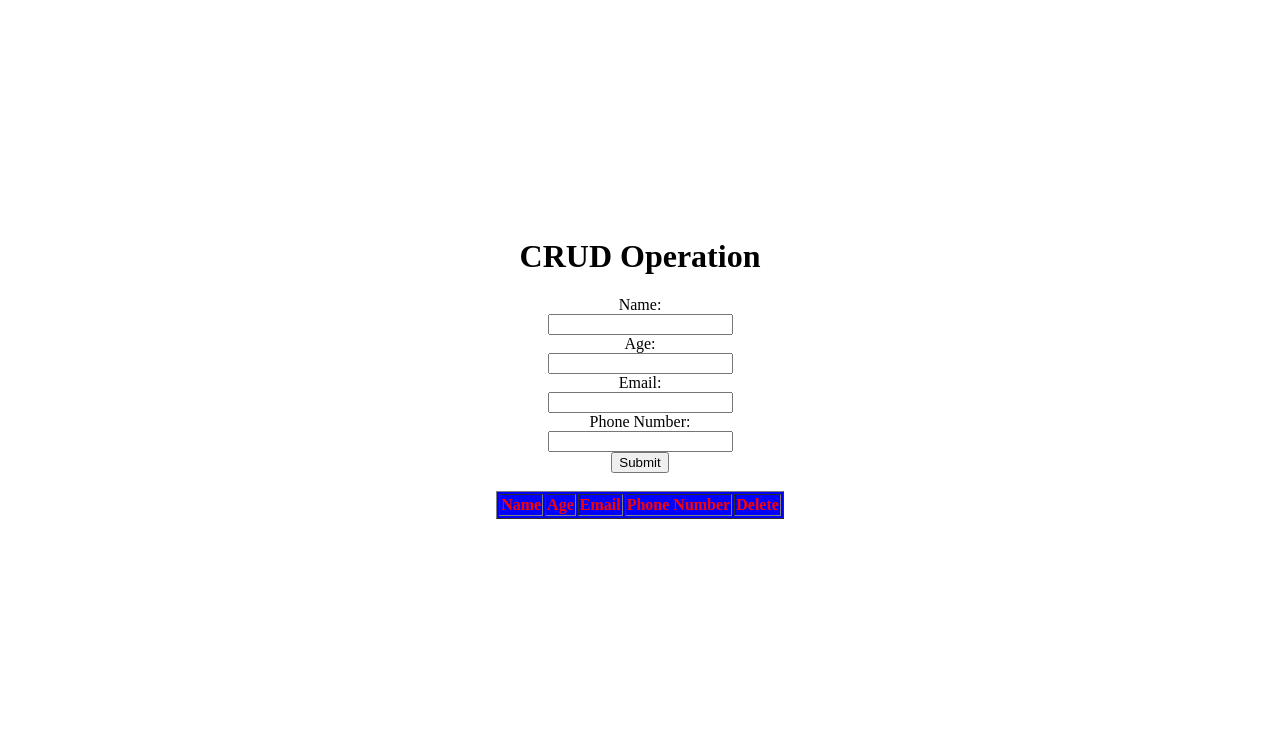
Repository: Josephkennedy603/CRUD-Operation
Page: /
These files come from the project's save history. The page is drawn as it stood at one moment and after the next save; the edit follows.
The browser window is 1280 px wide. The pictures show the whole page.
The page's requests for data from a server got no answer. The project was rebuilt for these pictures with package versions that can differ from the ones it lists, and the page was loaded fresh each time. No one was signed in, and anything a server would have sent is missing. Also part of the build but not shown: src/index.css, src/interview.jsx.

Above is the page before, as saved 2024-03-12 17:10:22.

### src/index.js
import React from "react";
import ReactDOM from "react-dom/client";
import "./index.css";
import App from "./App";
import Interview from "./interview";

const root = ReactDOM.createRoot(document.getElementById("root"));
root.render(
  <div>
    <App />
    {/* <Interview /> */}
  </div>
);

// If you want to start measuring performance in your app, pass a function
// to log results (for example: reportWebVitals(console.log))
// or send to an analytics endpoint. Learn more: https://bit.ly/CRA-vitals

### src/App.jsx
import { useState, useEffect } from 'react';
import {collection, getDocs, onSnapshot} from 'firebase/firestore'
import {db} from './firebase'
import './App.css';
import Create from "./create";

export const  userCollectionRef =  collection(db,'record');
console.log("user data1",userCollectionRef)

const App = () => {
  const [user,setUser] = useState([]);

  // const getUsers = async ()=> {
  //   const data = await getDocs(userCollectionRef);
  //   console.log("data 2", data);
  //   setUser(data.docs.map(doc => ({    // needs to clarify
  //     ...doc.data(),
  //     id: doc.id
  //   })));
  // };

  useEffect(()=>{
    console.log("user data3",user);
    // getUsers();
    const snapShot = onSnapshot(userCollectionRef, (snapshotparm)=>{
     setUser(snapshotparm.docs.map(doc=>({
      ...doc.data(),
      id: doc.id
     })))
    })

    return() => snapShot();
  }, []);

console.log(user);
  return(
    <div className='main-container'>
    <h1>CRUD Operation</h1>
    {/* <Create  refetchUser={getUsers} /> */}

    <Create/>

    {/* {user.map(u => (
      <p key={u.id}>{u.Pnumber}</p>
    ))} */}
    <br />
    <table border={1}>
    <tbody>
    <tr>
              <th>Name</th>
              <th>Age</th>
              <th>Email</th>
              <th>Phone Number</th>
              <th>Delete</th>
    </tr>
      {
      user.map(u => {
        console.log(u)
        return (
         <tr key={u.id}>
          <td>{u.Name}</td>
          <td>{u.Age}</td>
          <td>{u.Email}</td>
          <td>{u.Pnumber}</td>
          <td><button>Delete</button></td>
        </tr>)}
      )}
      </tbody>
    </table>
    </div>
  )
}

export default App;


// const storeData =async () => {
//   const data ={
//     Name:name,
//     Age:age,
//     Email:email,
//     Pnumer:pnumber,
//   };
//   try{
//     const docRef = await addDoc(collection(db,"record"),data)
//   }
// catch(e){
//     console.log("unable to store the data",e)
// }
// console.log(data.name)

### src/firebase.js
// Import the functions you need from the SDKs you need
import { initializeApp } from "firebase/app";
import { getFirestore } from "firebase/firestore";
// import { getAnalytics } from "firebase/analytics";

const firebaseConfig = {
  apiKey: "AIzaSyB6ZR0S_52AlqGIUs87cyuSaj7Dp9EP9nk",
  authDomain: "crud-operation-7754e.firebaseapp.com",
  projectId: "crud-operation-7754e",
  storageBucket: "crud-operation-7754e.appspot.com",
  messagingSenderId: "941097712371",
  appId: "1:941097712371:web:aad3664dddf0ff5721d586",
  measurementId: "G-CM49X6XD0N",
};

// Initialize Firebase
const app = initializeApp(firebaseConfig);
export const db = getFirestore(app);

export default app;

### src/App.css
.main-container {
  display: flex;
  flex-direction: column;
  justify-content: center;
  align-items: center;

  height: 100vh;
}

.main-container form {
  display: flex;
  flex-direction: column;
  justify-content: center;
  align-items: center;
}

table {
  background-color: blue;
  color: red;
}

### src/create.js
import React from "react";
import { useState } from "react";

const Create = () => {
  const [name, setName] = useState();
  const [age, setAge] = useState();
  const [email, setEmail] = useState();
  const [pnumber, setPnumber] = useState();

  return (
    <form action="">
      <label htmlFor="Name">Name:</label>
      <input
        name="Name:"
        type="text"
        onChange={(e) => setName(e.target.value)}
        required
      />

      <label htmlFor="Age">Age:</label>
      <input
        type="text"
        name="Age"
        onChange={(e) => setAge(e.target.value)}
        required
      />

      <label htmlFor="Email">Email:</label>
      <input type="Email" onChange={(e) => setEmail(e.target.value)} required />

      <label htmlFor="Phone Number">Phone Number:</label>
      <input
        type="number"
        name="Phone Number"
        onChange={(e) => setPnumber(e.target.value)}
        required
      />

      <input type="submit" />
    </form>
  );
};

export default Create;

Loaded but not shown: public/index.html (common file)

After the next save:
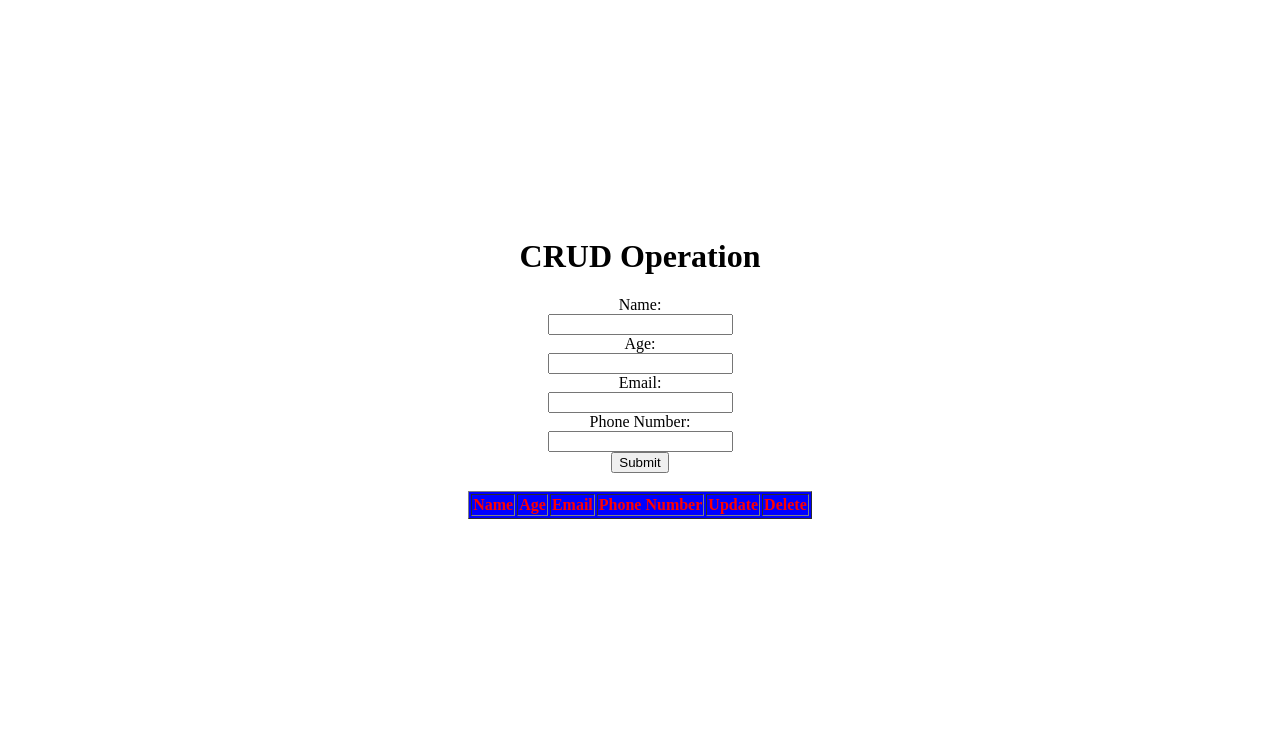
Saved 46 s later.
--- a/src/App.jsx
+++ b/src/App.jsx
@@ -51,6 +51,7 @@ console.log(user);
               <th>Age</th>
               <th>Email</th>
               <th>Phone Number</th>
+              <th>Update</th>
               <th>Delete</th>
     </tr>
       {
@@ -62,6 +63,7 @@ console.log(user);
           <td>{u.Age}</td>
           <td>{u.Email}</td>
           <td>{u.Pnumber}</td>
+          <td><button>Update</button></td>
           <td><button>Delete</button></td>
         </tr>)}
       )}
